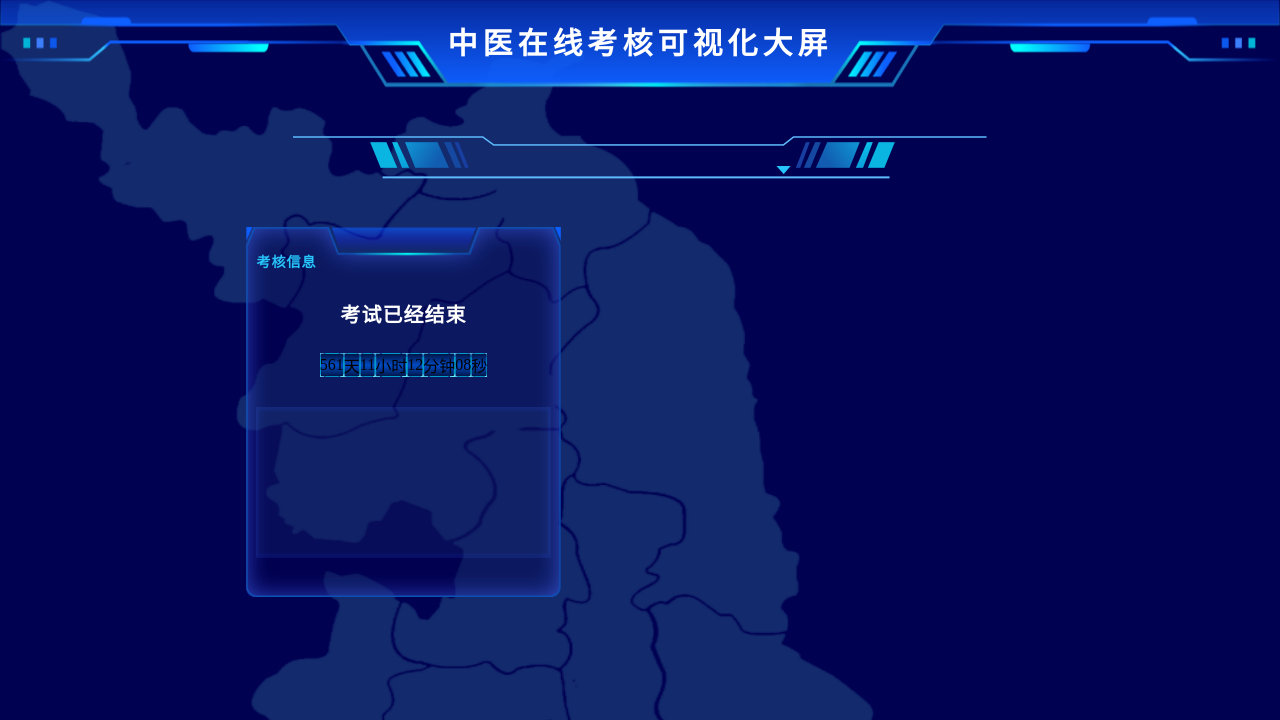
Repository: krislorem/medicine-online-datascreen-vue
Page: /
The author's editor kept a copy of each file at every save. The page is drawn from the files as they stood at one save, then again after the next save.
The browser window is 1280 px wide. The pictures show the whole page.
The project was rebuilt for these pictures with package versions that can differ from the ones it lists, and the page was loaded fresh each time. Also part of the build but not shown: vite.config.ts.

Above is the page before, as saved 2024-12-04 11:53:43.
Console error (its wording comes from the project's code and is left out).

After the next save:
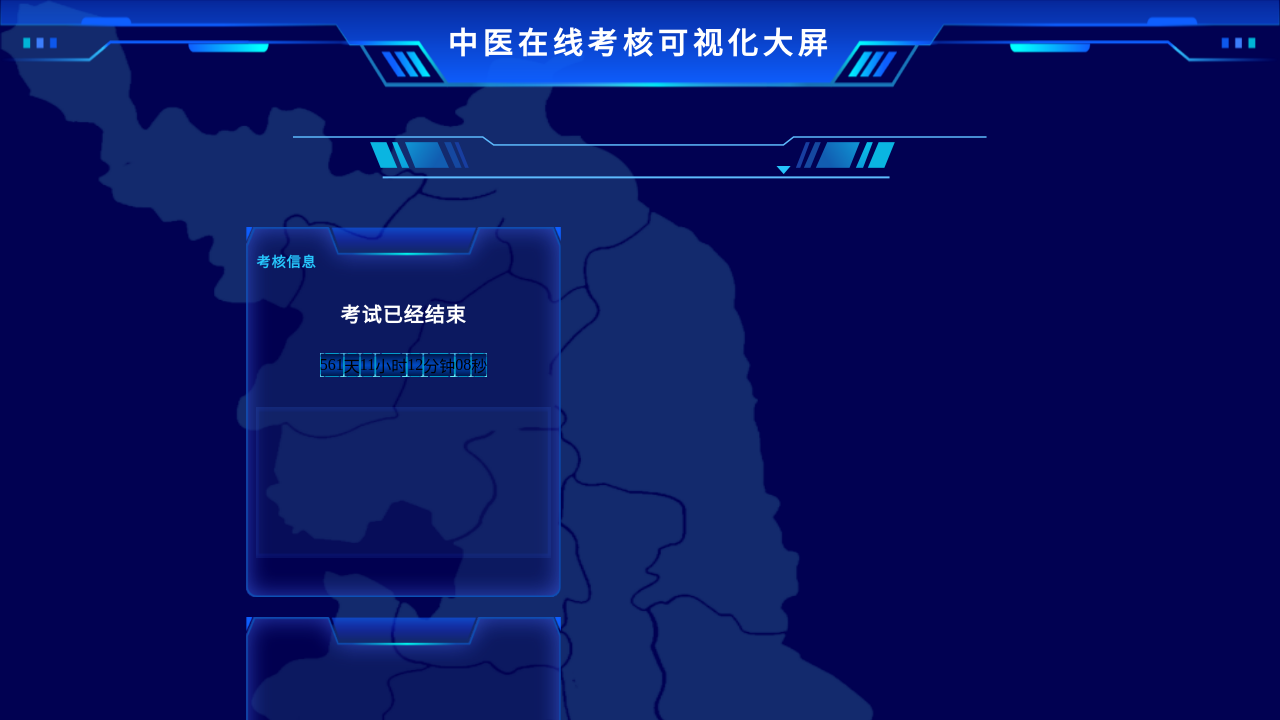
Saved 2 min 30 s later.
--- a/src/views/HomeView.vue
+++ b/src/views/HomeView.vue
@@ -23,6 +23,7 @@
           </div>
           <div class="result"></div>
         </div>
+        <div class="item item-2"></div>
       </div>
       <div id="right"></div>
     </div>
